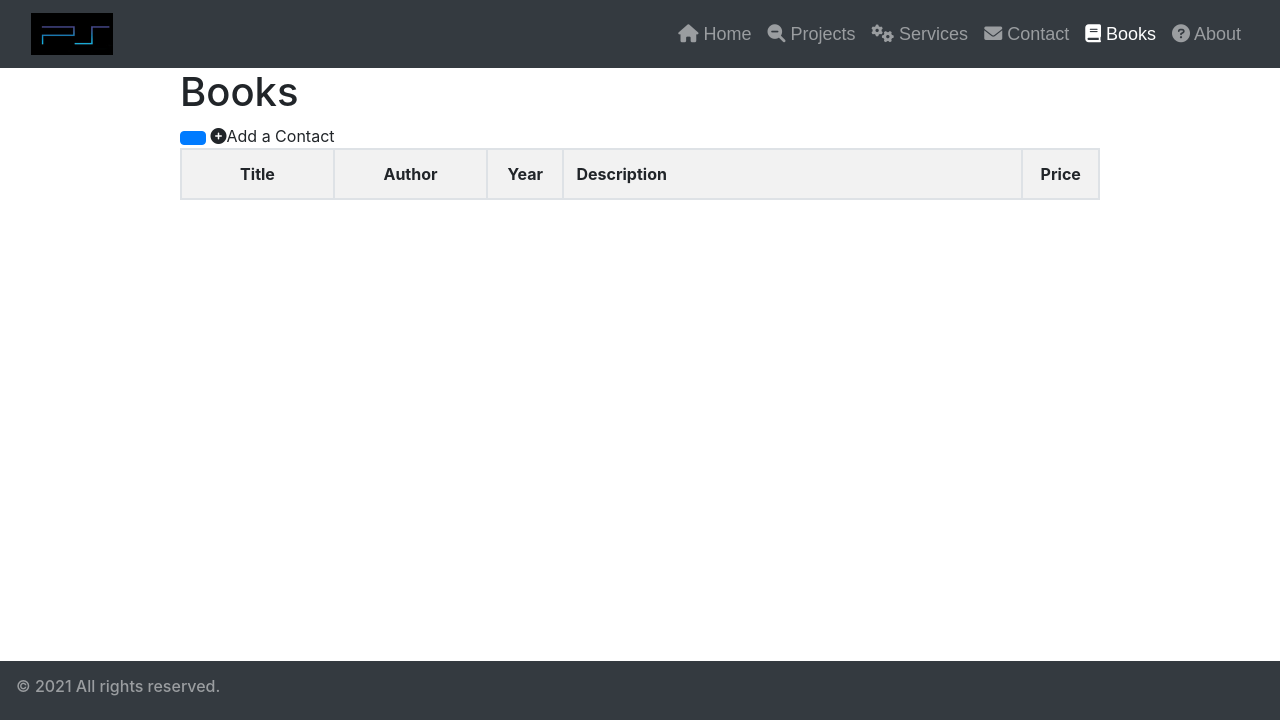
Repository: ParambirParambir/Assignment02
Page: http://localhost/book-list/
These files come from the project's save history. The page is drawn as it stood at one moment and after the next save; the edit follows.
The browser window is 1280 px wide. The pictures show the whole page.
Some web libraries are served in a nearby version. The page is served by the project's Node server (server/config/app.js). Other server files are loaded and not shown. Queries for data that is not in the repository find no rows.

Above is the page before, as saved 2021-10-21 19:16:39.

### server/views/book/list.ejs
<%- include ../partials/header.ejs %>

<%- include ../partials/main_nav.ejs %>


  <!-- Main Content -->
  <main class="container">
    <div class="row">
        <div class="offset-md-1 col-md-10">
            <h1><%= title %></h1>
            <a href="/book-list/add" class="btn btn-primary" role="button"></a>
            <i class="fas fa-plus-circle"></i>Add a Contact
            <br>
            <table class="table table-bordered table-striped table-hover">
                <!-- Header Row-->
                <tr class="d-flex">
                    <th class="text-center col-2">Title</th>
                    <th class="text-center col-2">Author</th>
                    <th class="text-center col-1">Year</th>
                    <th class="col-6">Description</th>
                    <th class="text-center col-1">Price</th>
                </tr>

                <!-- Repeatable Template Row -->

                <% for(let count = 0; count < BookList.length; count++) { %>
                    <tr class="d-flex">
                        <td class="text-center col-2"><%= BookList[count].name %></td>
                        <td class="text-center col-2"><%= BookList[count].author %></td>
                        <td class="text-center col-1"><%= BookList[count].published %></td>
                        <td class="col-6"><%= BookList[count].description %></td>
                        <td class="text-center col-1"><%= BookList[count].price %></td>
                    </tr>
                <% } %>
            </table>
        </div>
    </div>
  </main>

<%- include ../partials/bottom_nav.ejs %>

<%- include ../partials/footer.ejs %>

### server/views/partials/header.ejs
<!DOCTYPE html>
<html lang="en">
<head>
  <meta charset="UTF-8">
  <meta http-equiv="X-UA-Compatible" content="IE=edge">
  <meta name="viewport" content="width=device-width, initial-scale=1.0">
  <title><%= title %> page</title>

  <!--css-->
  <link rel='stylesheet' href='/Content/app.css' />

<!--These stylesheets were saying 404 in console-->

  <!--<link rel="stylesheet" href="/bootstrap/dist/bootstrap.min.css">
  <link rel="stylesheet" href='/@fortawesome/fontawesome-free/css/all.min.css'-->

  <link rel="stylesheet" href="https://cdn.jsdelivr.net/npm/bootstrap@4.6.0/dist/css/bootstrap.min.css" integrity="sha384-B0vP5xmATw1+K9KRQjQERJvTumQW0nPEzvF6L/Z6nronJ3oUOFUFpCjEUQouq2+l" crossorigin="anonymous">
 <link rel="stylesheet" href="https://cdnjs.cloudflare.com/ajax/libs/font-awesome/6.0.0-beta2/css/all.min.css" integrity="sha512-YWzhKL2whUzgiheMoBFwW8CKV4qpHQAEuvilg9FAn5VJUDwKZZxkJNuGM4XkWuk94WCrrwslk8yWNGmY1EduTA==" crossorigin="anonymous" referrerpolicy="no-referrer" />

</head>
<body>

### server/views/partials/main_nav.ejs
 <!--main nav-->
  <nav class="navbar navbar-expand-lg navbar-dark bg-dark">
    <div class="container-fluid">
      <a class="navbar-brand" href="/home"><img src="/Assets/images/logo.jpg" class="logo"></a>
      <button class="navbar-toggler" type="button" data-bs-toggle="collapse" data-bs-target="#navbarSupportedContent" aria-controls="navbarSupportedContent" aria-expanded="false" aria-label="Toggle navigation">
        <span class="navbar-toggler-icon"></span>
      </button>

      <div class="collapse navbar-collapse" id="navbarSupportedContent">
        <ul class="navbar-nav ml-auto mb-2 mb-lg-0">

          <% if (title=="Home"){%>
          <li class="nav-item active"><%}
          else {%>
              <li class="nav-item"><% }%>

            <a class="nav-link" aria-current="page" href="/home"><i class="fas fa-home"></i> Home </a>
          </li>

          <% if (title=="Projects"){%>
          <li class="nav-item active"><%}
          else {%>
              <li class="nav-item"><% }%>
            <a class="nav-link" href="/projects"><i class="fas fa-search-minus"></i> Projects </a>
          </li>

          <% if (title=="Services"){%>
          <li class="nav-item active"><%}
          else {%>
              <li class="nav-item"><% }%>
            <a class="nav-link" href="/services"><i class="fas fa-cogs"></i> Services </a>
          </li>

          <% if (title=="Contact"){%>
          <li class="nav-item active"><%}
          else {%>
              <li class="nav-item"><% }%>
            <a class="nav-link" href="/contact"><i class="fas fa-envelope"></i> Contact </a>
          </li>

            <% if (title=="Books"){%>
          <li class="nav-item active"><%}
          else {%>
              <li class="nav-item"><% }%>
            <a class="nav-link" href="/book-list"><i class="fa-solid fa-book"></i> Books </a>
          </li>

          <% if (title=="About"){%>
          <li class="nav-item active"><%}
          else {%>
              <li class="nav-item"><% }%>
            <a class="nav-link" href="/about"><i class="fas fa-question-circle"></i> About </a>


        </ul>
      </div>
    </div>
  </nav>

### server/views/partials/bottom_nav.ejs
<!--bottom nav-->
<footer class="container">
    <nav class="navbar fixed-bottom navbar-dark bg-dark">
    <h6 class="navbar-text">&copy; 2021 All rights reserved.</h6>
    </nav>
</footer>

### server/views/partials/footer.ejs
  <!--scripts-->

  <script src="https://ajax.googleapis.com/ajax/libs/jquery/2.1.1/jquery.min.js"></script>
 <!-- <script src="/jquery/dist/jquery.min.js"></script>-->
  <script src="/Scripts/app.js"></script>
</body>
</html>

### server/config/app.js
let createError = require('http-errors');
let express = require('express');
let path = require('path');
let cookieParser = require('cookie-parser');
let logger = require('morgan');

//database setup
let mongoose=require('mongoose');
let DB=require('./db');

//connect mongoose to the DB URI
mongoose.connect(DB.URI, {useNewUrlParser: true}, {useUnifiedTopology:true} );

let mongoDB=mongoose.connection;
mongoDB.on('error', console.error.bind(console,'connection error: '));
mongoDB.once('open',()=>{
  console.log('Connected to MongoDB...');
});

let indexRouter = require('../routes/index');
let usersRouter = require('../routes/users');
let booksRouter = require('../routes/book');
const { Console } = require('console');

let app = express();

// view engine setup
app.set('views', path.join(__dirname, '../views'));
app.set('view engine', 'ejs');

app.use(logger('dev'));
app.use(express.json());
app.use(express.urlencoded({ extended: false }));
app.use(cookieParser());
app.use(express.static(path.join(__dirname, '../../public')));
app.use(express.static(path.join(__dirname, '../../node_modules')));

app.use('/', indexRouter);
app.use('/users', usersRouter);
app.use('/book-list', booksRouter);

// catch 404 and forward to error handler
app.use(function(req, res, next) {
  next(createError(404));
});

// error handler
app.use(function(err, req, res, next) {
  // set locals, only providing error in development
  res.locals.message = err.message;
  res.locals.error = req.app.get('env') === 'development' ? err : {};

  // render the error page
  res.status(err.status || 500);
  res.render('error', {title: 'Error'});
});

module.exports = app;

### server/routes/book.js
let express=require("express");
let router=express.Router();
let mongoose=require('mongoose');

//connect to our book model
let Book =require('../models/book');

/*Get Route for the Book list page- READ operation*/
router.get('/',(req,res,next)=>{
    Book.find((err,BookList)=>{
        if(err)
        {
            return console.error(err);
        }
        else
        {
           // console.log(BookList);

           res.render('book/list.ejs', {title:'Books', BookList:BookList})
        }
    });

});

/*Get Route for the Add page- CREATE operation*/
router.get('/add', (req, res, next)=>{
    res.render('book/add', {title: 'Add Books'})
});

/*Post Route for the Add page- CREATE operation*/
router.post('/add', (req, res, next)=>{
    let newBook=Book(
        {
            "name":req.body.name,
            "author":req.body.author,
            "published":req.body.published,
            "description": req.body.description,
            "price": req.body.price
        }
    );
    Book.create(newBook, (err, Book)=>{
        if(err)
        {
            console.log(err);
            res.end(err);
        }
        else
        {
            //refresh the book list
            res.redirect('/book-list');
        }
    })
});

/*Get Route for the Edit page- UPDATE operation*/
router.get('/edit/:id', (req, res, next)=>{
    let id=req.params.id;

    Book.findById(id, (err, bookToEdit)=>{
        if(err)
        {
            console.log(err);
            res.end(err);
        }
        else
        {
            //refresh the book list
            res.render('book/edit', {title:'Edit Book', book:bookToEdit})
        }
    });
});

/*Post Route for the Edit age- UPDATE operation*/
router.post('/edit/:id', (req, res, next)=>{
    let id=req.params.id

    let updateBook=Book
    (
        {
            "_id":id,
            "name":req.body.name,
            "author":req.body.author,
            "published":req.body.published,
            "description": req.body.description,
            "price": req.body.price
        }
    );
    Book.updateOne({_id:id},updateBook, (err)=>{
        if(err)
        {
            console.log(err);
            res.end(err);
        }
        else
        {
            //refresh the book list
            res.redirect('/book-list');
        }
    });
});

/*Get to perform Deletion- DELETE operation*/
router.get('/delete/:id', (req, res, next)=>{
    let id=req.params.id;

    Book.remove({_id:id}, (err)=>{
        if(err)
        {
            console.log(err);
            res.end(err);
        }
        else
        {
            //refresh the book list
            res.redirect('/book-list');
        }
        });
    });

module.exports=router;

### public/Content/app.css
/*-custom css--*/
p{
    font-family: sans-serif; font-size: larger; font-weight: 700;
}
ul{
    font-family: sans-serif; font-size: large; color: rgb(11, 11, 66);
}

/*designing of email and calling sysmbols*/
.contactUsEmail{
    width: 7%; height: 7%; float: right; padding-right: 3%; padding-top: 2%;
}
.contactUsPhone{
    width: 4.2%; height: 4.2%; float: right; margin-right: 7%;  padding-top: 2%;
}
.descriptionOfProjects{
    font-family: Cambria, Cochin, Georgia, Times, 'Times New Roman', serif; font-size: medium; color: rgb(34, 34, 34);
}
h2, h4{
    color:rgb(238, 46, 46);
}
.logo{
    width: 50%;
}

### public/Scripts/app.js
/*IIFE*/

(function()
{
    function Start()
    {
        console.log("App started...");
    }
    window.addEventListener("load", Start);
})();

After the next save:
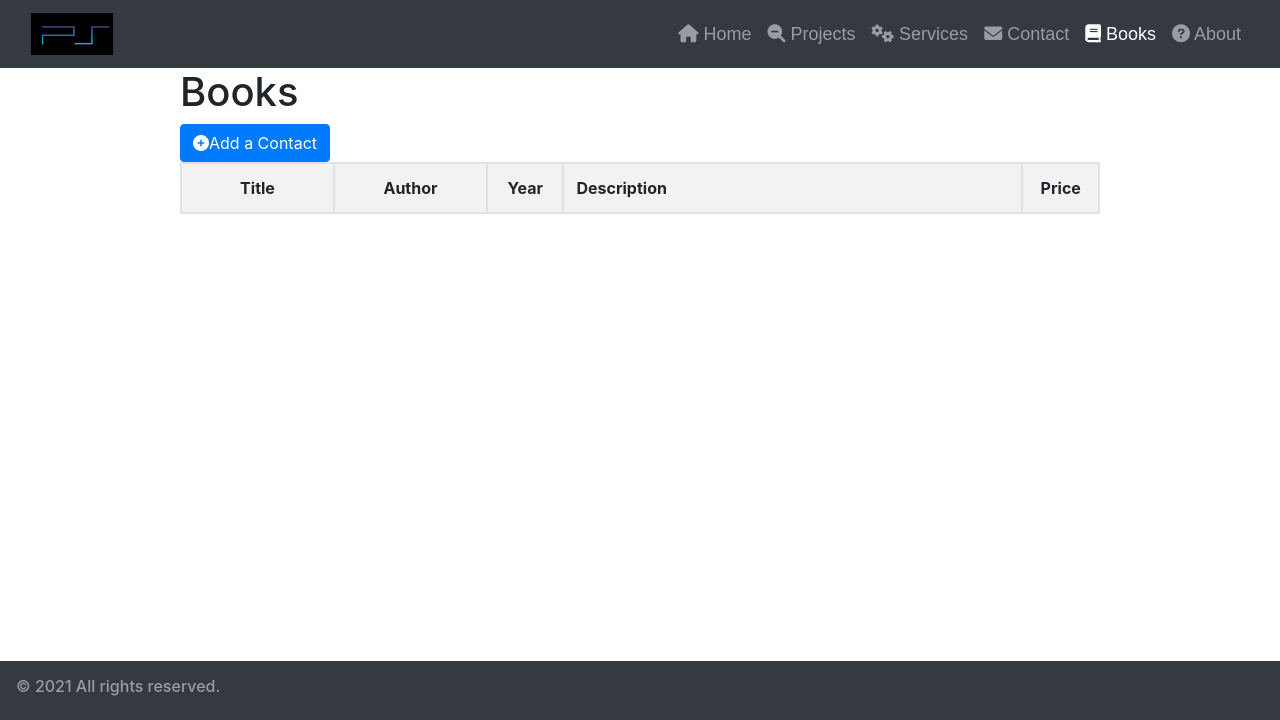
Saved 15 s later.
--- a/server/views/book/list.ejs
+++ b/server/views/book/list.ejs
@@ -8,8 +8,8 @@
     <div class="row">
         <div class="offset-md-1 col-md-10">
             <h1><%= title %></h1>
-            <a href="/book-list/add" class="btn btn-primary" role="button"></a>
-            <i class="fas fa-plus-circle"></i>Add a Contact
+            <a href="/book-list/add" class="btn btn-primary" role="button">
+            <i class="fas fa-plus-circle"></i>Add a Contact</a>
             <br>
             <table class="table table-bordered table-striped table-hover">
                 <!-- Header Row-->
